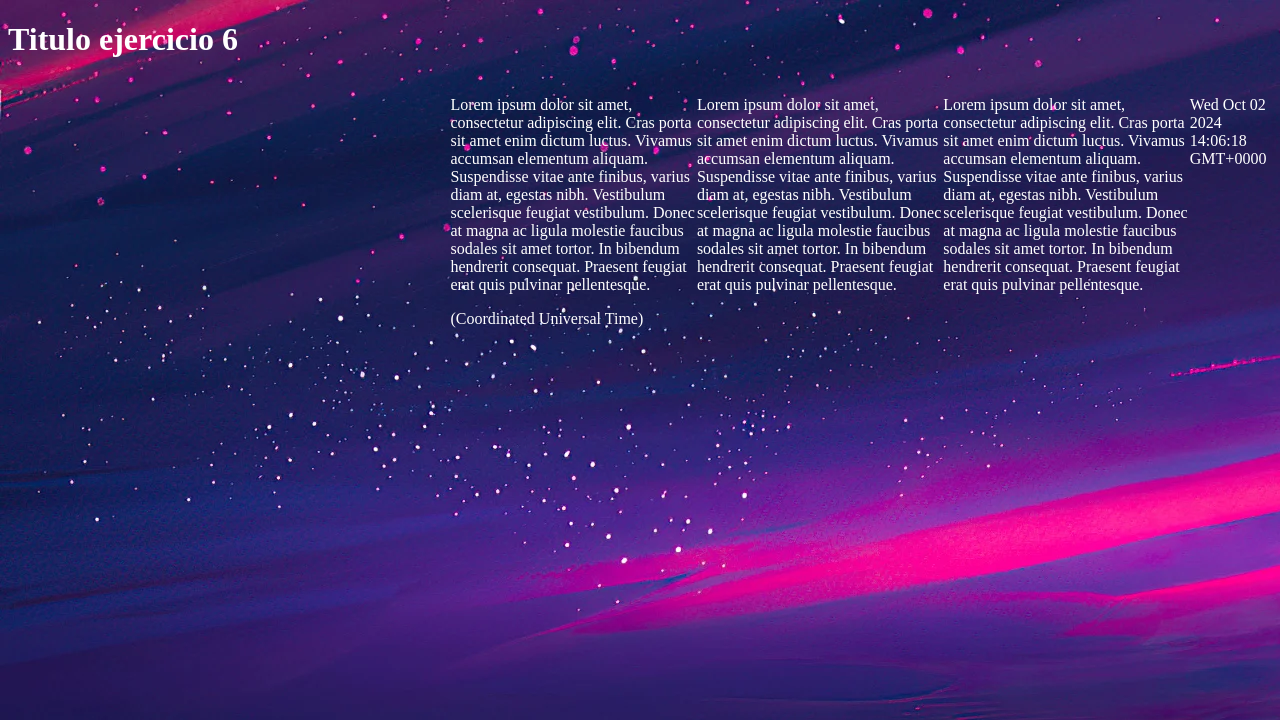
Repository: demoniers/clase
Page: lenguajes/html/ejercicio6/src/index.html
An editor plug-in stored every save of this project. The page is shown before and after the next save, followed by the edit.
The browser window is 1280 px wide. The pictures show the whole page.

Above is the page before, as saved 2024-10-08 13:12:08.

### lenguajes/html/ejercicio6/src/index.html
<!DOCTYPE html>
<html>
  <head>
    <base href="../img/">
    <title>Hojas de Estilo</title>
    <link rel="icon" type="image/x-icon" href="../img/icon.ico">
    <link rel="stylesheet" href="../style/style.css" />
    <meta name="author" content="Diego" />
    <meta name="description" content="Esto es una web" />
    <!---meta http-equiv="refresh" content="60; URL=http://www.google.com/" /> -->
  </head>

  <body>
    <h1 class="encabezado">Titulo ejercicio 6</h1>
    <div id="container">
      <div class="content" id="conent1">
        <p>Lorem ipsum dolor sit amet, consectetur adipiscing elit. Cras porta sit amet enim dictum luctus. Vivamus accumsan elementum aliquam. Suspendisse vitae ante finibus, varius diam at, egestas nibh. Vestibulum scelerisque feugiat vestibulum. Donec at magna ac ligula molestie faucibus sodales sit amet tortor. In bibendum hendrerit consequat. Praesent feugiat erat quis pulvinar pellentesque.</p>
      </div>
      <div class="content" id="conent3">
        <p>Lorem ipsum dolor sit amet, consectetur adipiscing elit. Cras porta sit amet enim dictum luctus. Vivamus accumsan elementum aliquam. Suspendisse vitae ante finibus, varius diam at, egestas nibh. Vestibulum scelerisque feugiat vestibulum. Donec at magna ac ligula molestie faucibus sodales sit amet tortor. In bibendum hendrerit consequat. Praesent feugiat erat quis pulvinar pellentesque.</p>
      </div>
      <div class="content" id="conent2">
        <p>Lorem ipsum dolor sit amet, consectetur adipiscing elit. Cras porta sit amet enim dictum luctus. Vivamus accumsan elementum aliquam. Suspendisse vitae ante finibus, varius diam at, egestas nibh. Vestibulum scelerisque feugiat vestibulum. Donec at magna ac ligula molestie faucibus sodales sit amet tortor. In bibendum hendrerit consequat. Praesent feugiat erat quis pulvinar pellentesque.</p>
      </div>
      <p id="fh"></p>
    </div>
  </body>
  <script>
    fecha = document.getElementById("fh");
    f = new Date();
    fecha.innerHTML = f;
</script>
</html>

### lenguajes/html/ejercicio6/style/style.css
        /* Estilo que aplica al cuerpo de la página */
        body {
            background-color: #ae58bb;
            background-image: url(../img/fondo.jpg);
            color: white;
        }
        .encabezado {
            width: 25%;
        }
        #container {
            width: 65%;
            display: block;
            align-items: center;
            float: right;
        }
        .content {
            float: left;
            width: 30%;
        }

After the next save:
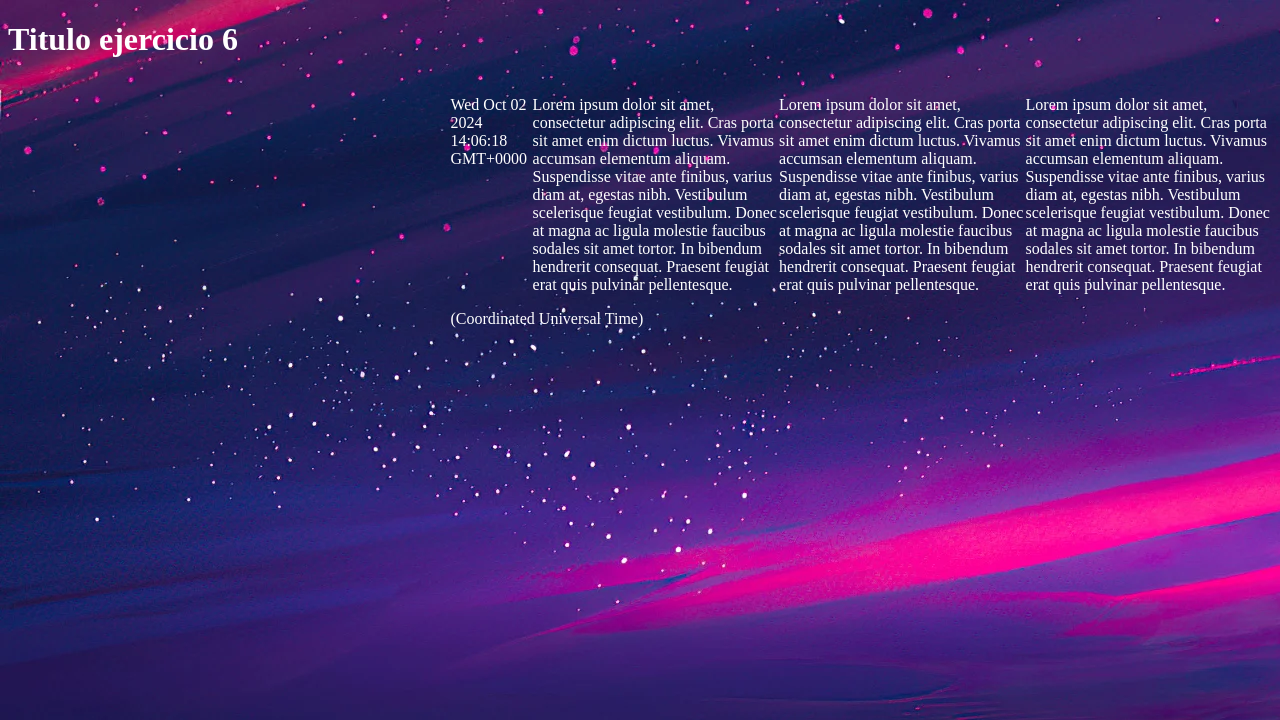
Saved 12 s later.
--- a/lenguajes/html/ejercicio6/style/style.css
+++ b/lenguajes/html/ejercicio6/style/style.css
@@ -16,4 +16,5 @@
         .content {
             float: left;
             width: 30%;
+            float: inline-end;
         }

After the save that followed:
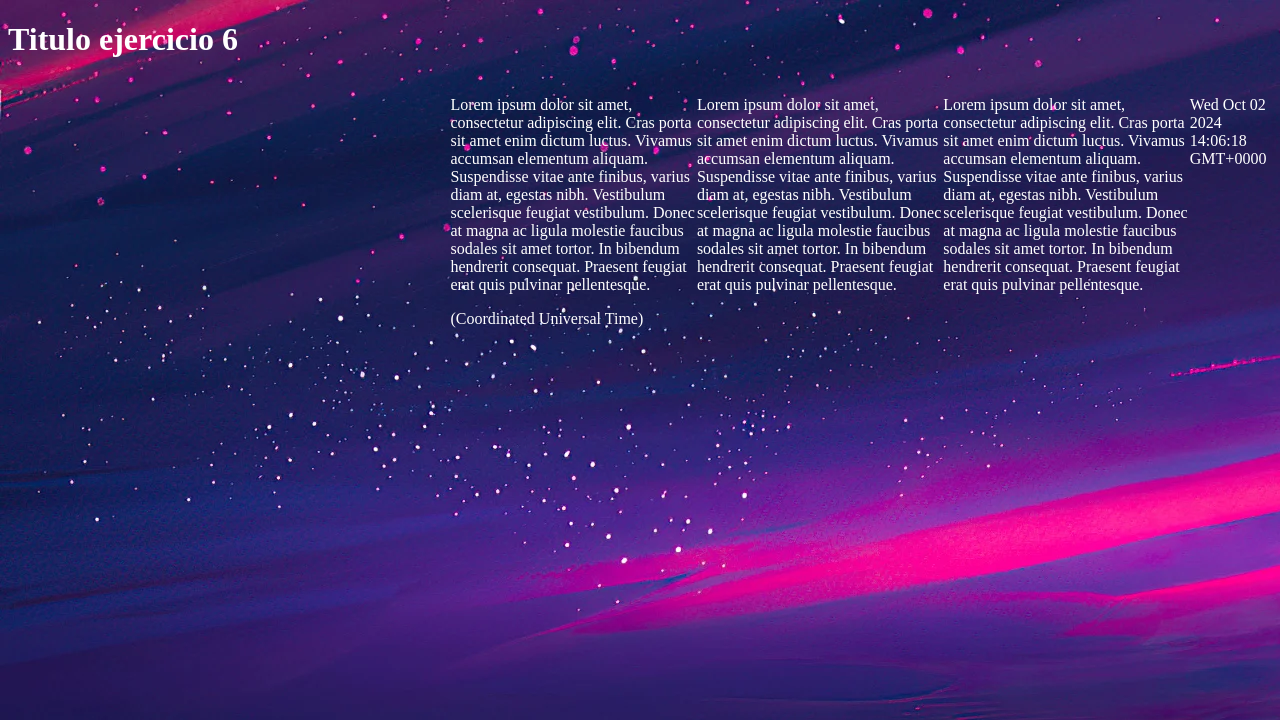
Saved 4 s later.
--- a/lenguajes/html/ejercicio6/style/style.css
+++ b/lenguajes/html/ejercicio6/style/style.css
@@ -16,5 +16,5 @@
         .content {
             float: left;
             width: 30%;
-            float: inline-end;
+            float: inline-start;
         }
